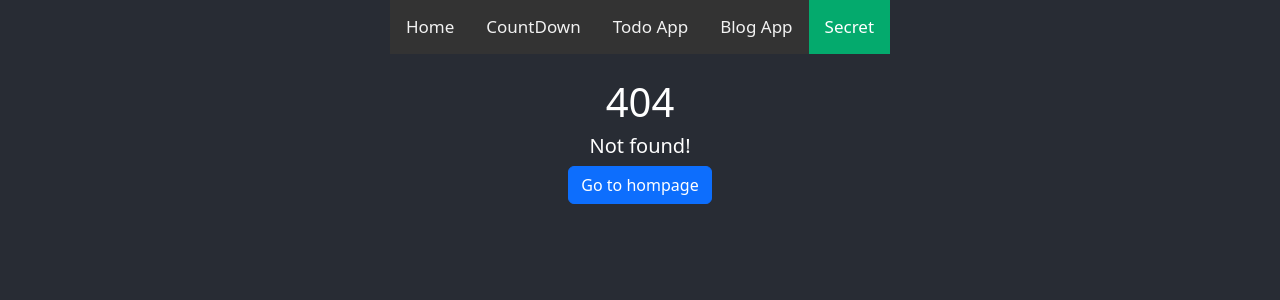
Repository: ThucSkin/React-hook-basic
Page: /secrect
These files come from the project's save history. The page is drawn as it stood at one moment and after a run of saves; the edit follows.
The browser window is 1280 px wide. The pictures show the whole page.
The project was rebuilt for these pictures with package versions that can differ from the ones it lists, and the page was loaded fresh each time. Also part of the build but not shown: src/views/Todo.js, src/views/TableApi/TableUser.scss, src/customize/Fetch.js, src/views/TableApi/TableApi.js, src/views/CountDown/countdown.js, src/views/AddNewUser.js, src/views/Blog.js, src/views/BlogDetail.js.

Above is the page before, as saved 2023-06-12 02:24:12.

After the next 2 saves:
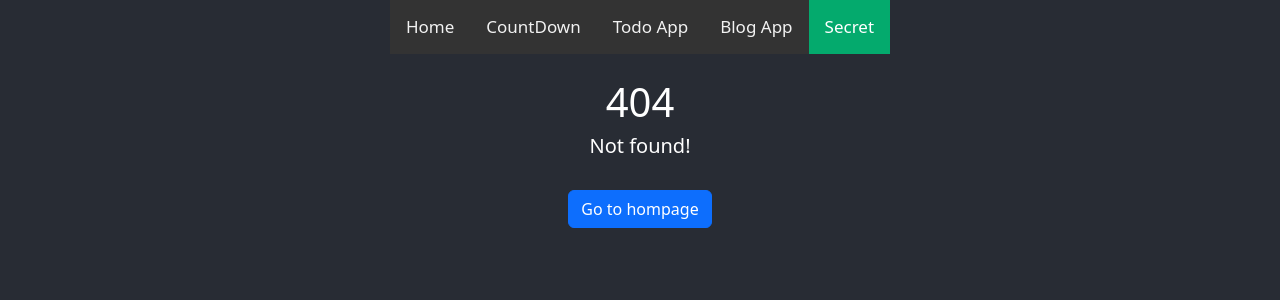
The 2 saves are shown as one change because they came seconds apart.
The last was saved 48 s later.
--- a/src/views/404.js
+++ b/src/views/404.js
@@ -6,7 +6,7 @@ const NotFound404 = () => {
             <h1>404</h1>
             <h5>Not found!</h5>
             <Link to={'/'}>
-                <button className="btn btn-primary">
+                <button className="btn btn-primary mt-4">
                     Go to hompage
                 </button>
             </Link>
